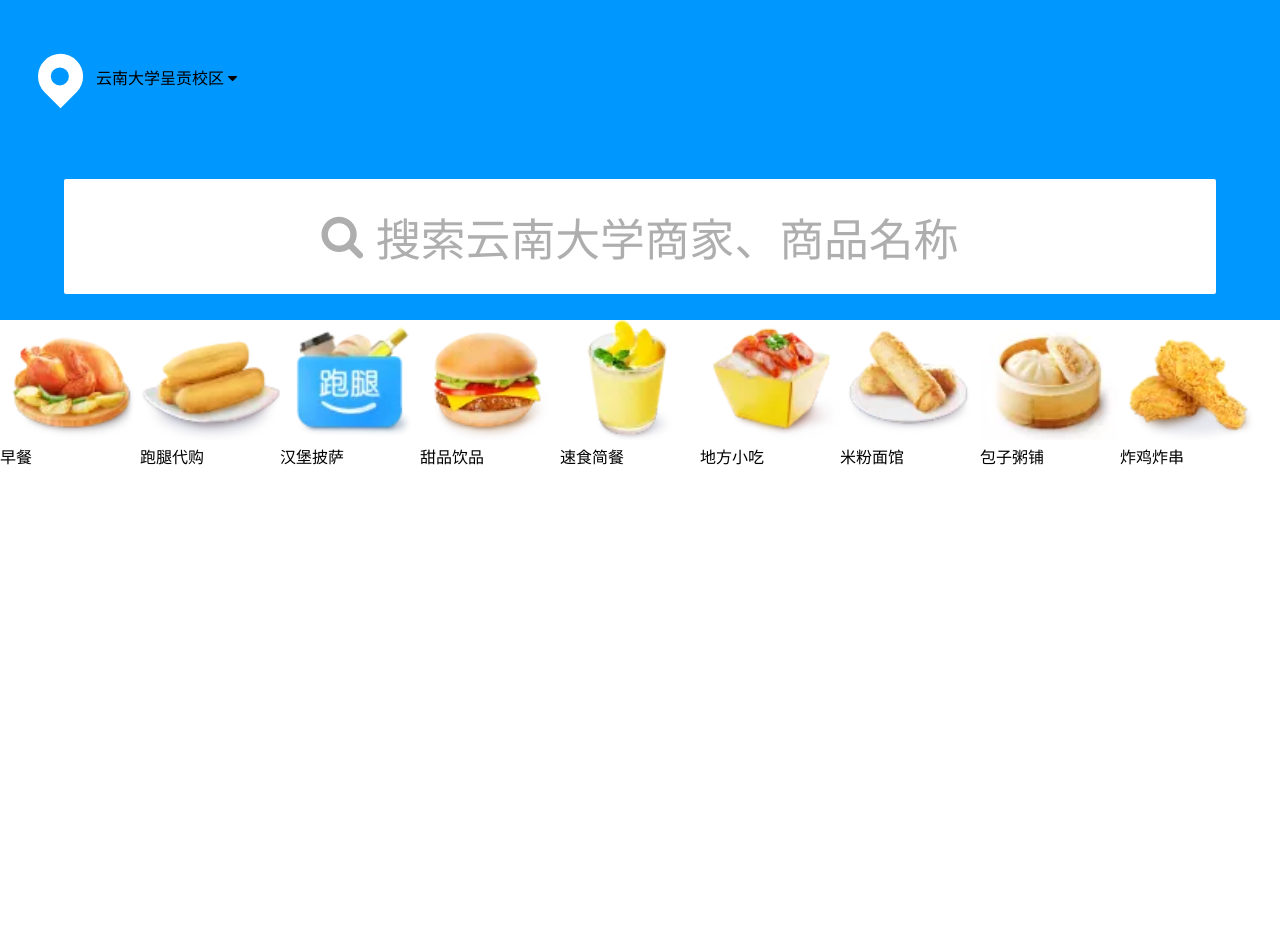
Repository: F000top/ele
Page: index.html
These files come from the project's save history. The page is drawn as it stood at one moment and after a run of saves; the edit follows.
The browser window is 1280 px wide. The pictures show the whole page.

Above is the page before, as saved 2022-06-07 21:30:41.

After the next 7 saves:
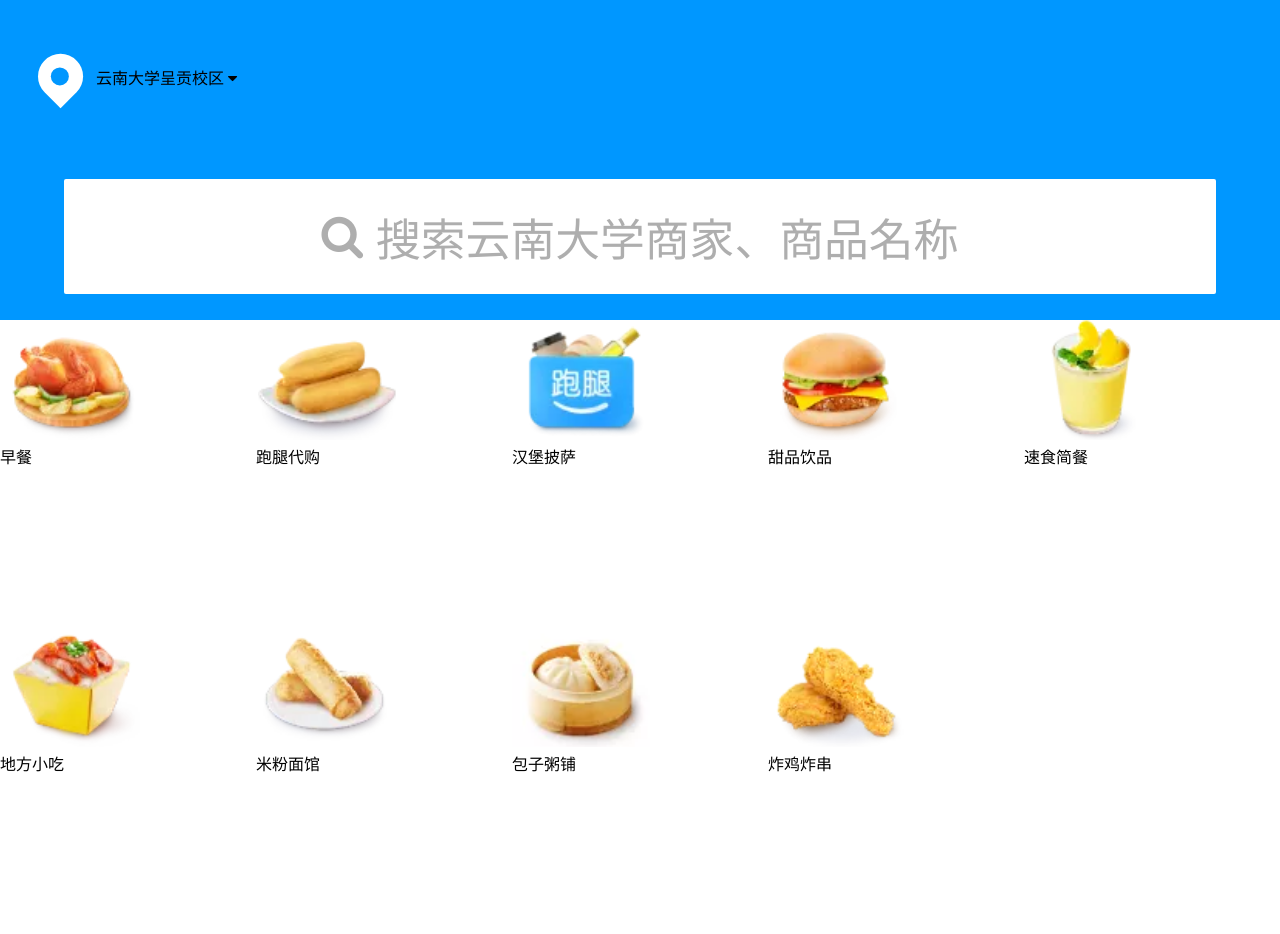
The 7 saves are shown as one change because they came seconds apart.
The last was saved 23 s later.
--- a/css/index.css
+++ b/css/index.css
@@ -78,3 +78,8 @@
     flex-wrap:wrap ;
 
 }
+
+.wrapper .foodtype li{
+    width: 20vw;
+
+}
